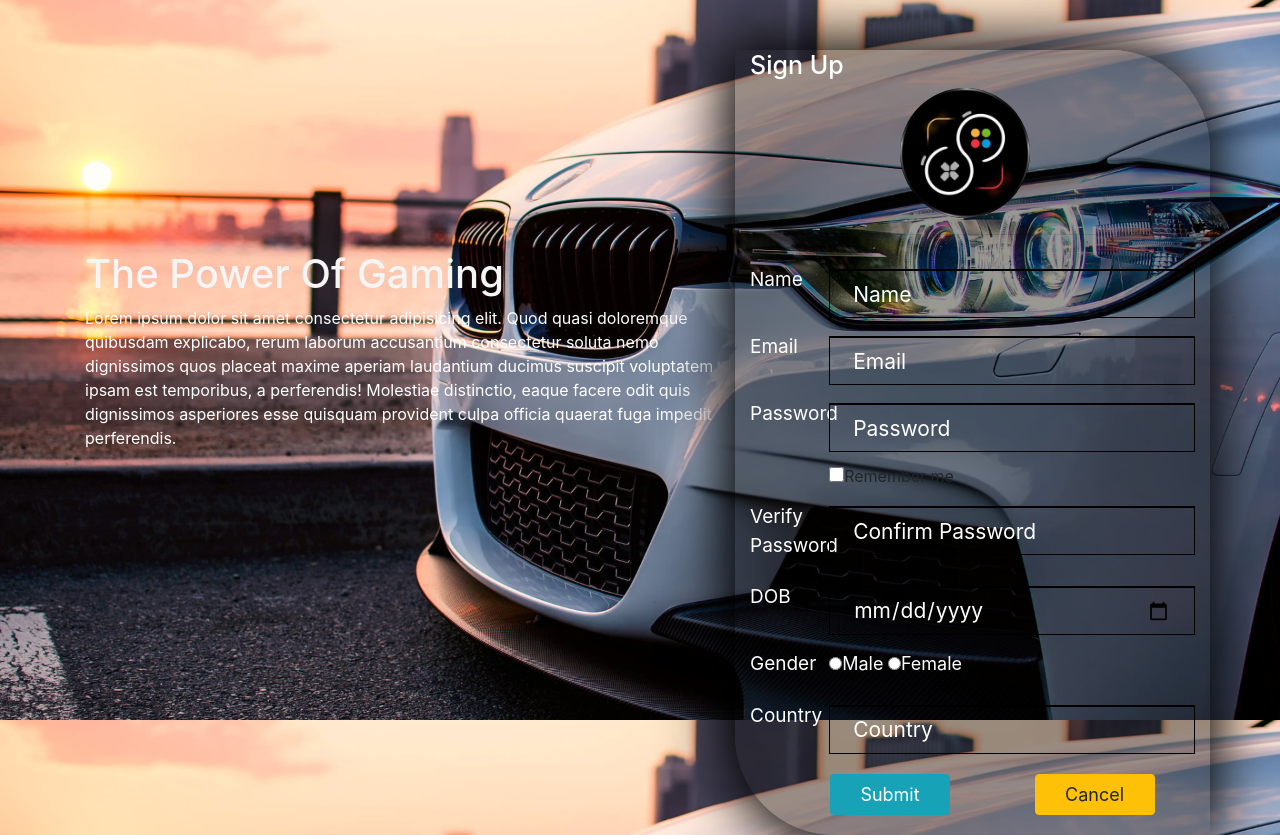
Repository: DilunVass/Car_Rental_System
Page: http://localhost/Online_Vehicle_Rental_System/UserInsert.jsp
These files come from the project's save history. The page is drawn as it stood at one moment and after the next save; the edit follows.
The browser window is 1280 px wide. The pictures show the whole page.
Backgrounds fixed to the window are drawn as part of the page. The page is served by Tomcat 9.

Above is the page before, as saved 2023-10-24 01:11:25.

After the next save:
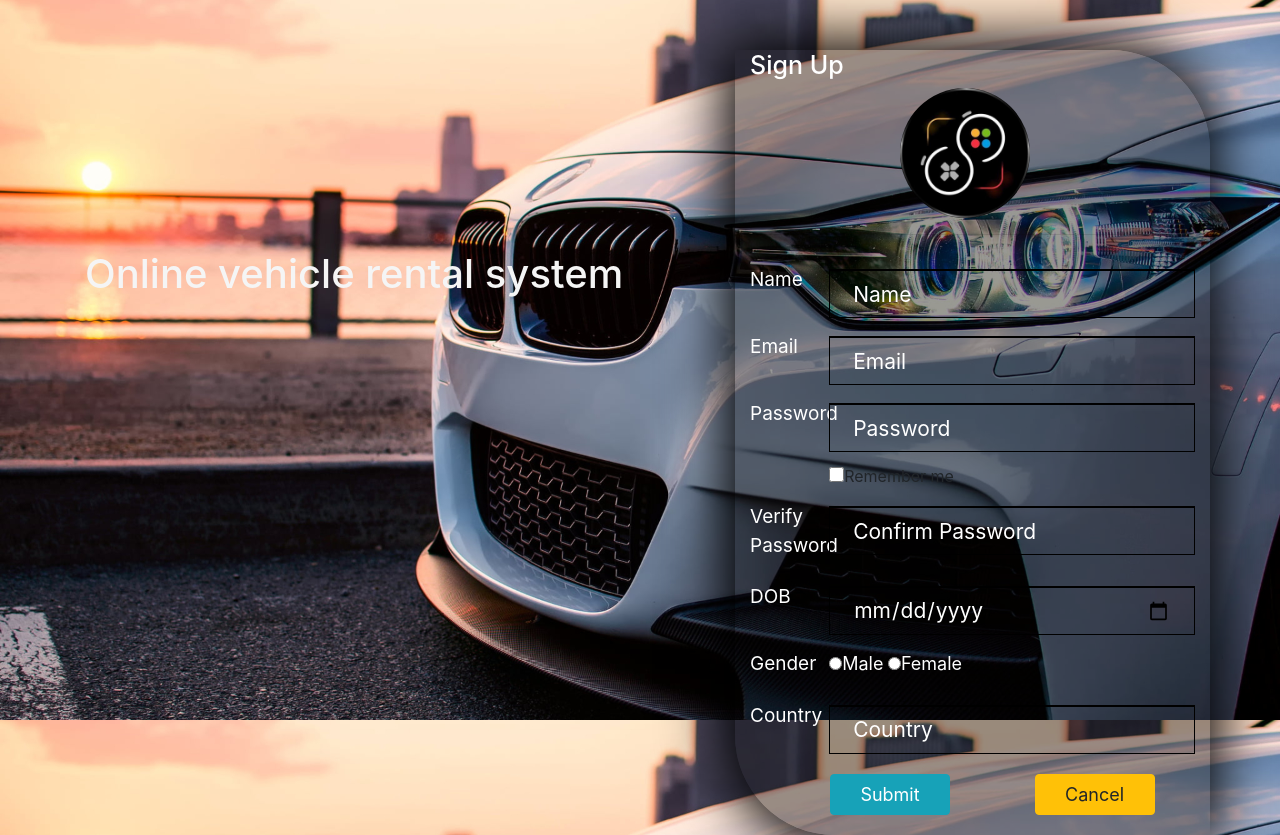
Saved 84 min 21 s later.
--- a/online_car_rentel/Online_Vehicle_Rental_System/src/main/webapp/UserInsert.jsp
+++ b/online_car_rentel/Online_Vehicle_Rental_System/src/main/webapp/UserInsert.jsp
@@ -20,12 +20,8 @@
         <div class="row">
 
             <div class="col-md-7">
-            <h1 class="text-left">The Power Of Gaming</h1>
-            <p class="text-left">Lorem ipsum dolor sit amet consectetur adipisicing elit.
-             Quod quasi doloremque quibusdam explicabo, rerum laborum accusantium consectetur
-             soluta nemo dignissimos quos placeat maxime aperiam laudantium ducimus suscipit voluptatem
-             ipsam est temporibus, a perferendis! Molestiae distinctio, eaque facere odit quis dignissimos
-              asperiores esse quisquam provident culpa officia quaerat fuga impedit perferendis.
+            <h1 class="text-left">Online vehicle rental system</h1>
+            <p class="text-left">
             </p>
             </div>
            <div class="col-md-5">
